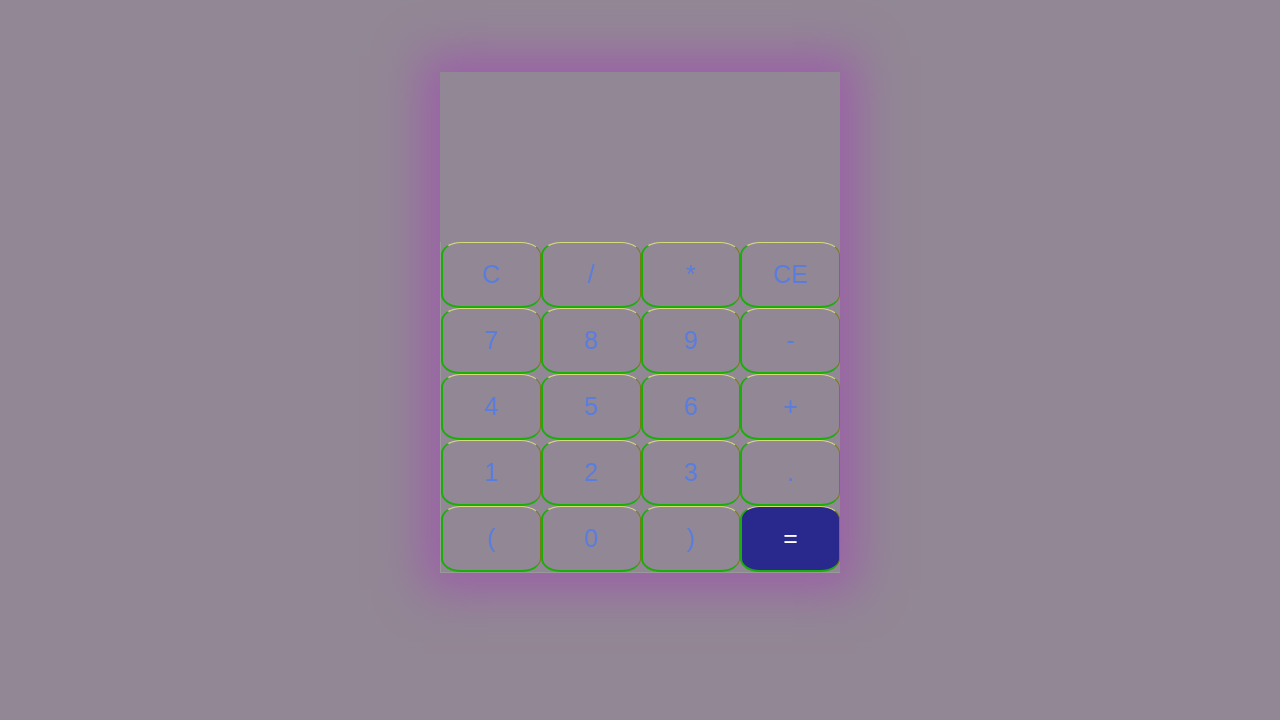
Repository: LuisMiLR/Calculatrice-with-JS---HTML---CSS-
Page: index.html
An editor plug-in stored every save of this project. The page is shown before and after the next save, followed by the edit.
The browser window is 1280 px wide. The pictures show the whole page.

Above is the page before, as saved 2023-03-20 21:35:03.

### index.html
<!DOCTYPE html>
<html lang="fr">
<head>
    <meta charset="UTF-8">
    <meta http-equiv="X-UA-Compatible" content="IE=edge">
    <meta name="viewport" content="width=device-width, initial-scale=1.0">
    <title>Calculator with javascript</title>
    <link rel="stylesheet" href="./style.css">

</head>
<body>
    <div class="container"></div>
    <script src="app.js" type="module"></script>
</body>
</html>

### style.css
*{
    padding: 0;
    margin: 0;
    font-family: sans-serif;
    box-sizing: border-box;
    background-color: rgb(146, 135, 149);
}
.container {
    max-width: 400px;
    margin: 10vh auto 0 auto;
    box-shadow: 0px 0px 43px 17px rgb(155, 96, 167);
}

#display {
    text-align: right;
    height: 170px;
    border: #999;
    border-radius: 20%;
    line-height: 70px;
    padding: 16px 8px;
    font-size: 25px;
}

.buttons {
    display: grid;
    border-bottom: 1px solid #999;
    border-left: 1px solid#999;
    color: rgb(89, 125, 222);
    grid-template-columns: 1fr 1fr 1fr 1fr;
}

.buttons > div {
    border-top: 1px solid #d4db7b;
    border-right: 1px solid#767c18;
}

.bouton,
.bouton1,
.bouton2,
.bouton3,
.bouton4,
.bouton5,
.bouton6,
.bouton7,
.bouton8,
.bouton9,
.bouton10,
.bouton11,
.bouton12,
.bouton13,
.bouton14,
.bouton15,
.bouton16,
.bouton17,
.bouton18,
.bouton19
{
    border: 2.5px solid #19ae08;
    line-height: 63px;
    border-radius: 20%;
    text-align: center;
    font-size: 25px;
    cursor: pointer;
}

#egal {
    background-color: rgb(40, 40, 141);
    color: white;
}

.bouton:hover,
.bouton1:hover,
.bouton2:hover,
.bouton3:hover,
.bouton4:hover,
.bouton5:hover,
.bouton6:hover,
.bouton7:hover,
.bouton8:hover,
.bouton9:hover,
.bouton10:hover,
.bouton11:hover,
.bouton12:hover,
.bouton13:hover,
.bouton14:hover,
.bouton15:hover,
.bouton16:hover,
.bouton17:hover,
.bouton18:hover,
.bouton19:hover {
    background-color: rgb(105, 42, 126);
    transition: 0.5s ease-in-out;
}

### app.js
//document.addEventListener('DOMContentLoaded', () => {
const container = document.querySelector('.container');

const divId = document.createElement("div");
container.appendChild(divId);
divId.id = 'display';

let buttons = document.createElement("div");
buttons.classList.add("buttons");
container.appendChild(buttons);

const button = document.createElement('div');
divId.id = 'display';
button.className = "bouton";
button.textContent = "C";
buttons.appendChild(button);

const button1 = document.createElement('div');
button1.className = "bouton1";
button1.textContent = "/";
buttons.appendChild(button1);

const button2 = document.createElement('div');
button2.className = "bouton2";
button2.textContent = "*";
buttons.appendChild(button2);

const button3 = document.createElement('div');
button3.className = "bouton3";
button3.textContent = "CE";
buttons.appendChild(button3);

const button4 = document.createElement('div');
button4.className = "bouton4";
button4.textContent = "7";
buttons.appendChild(button4);

const button5 = document.createElement('div');
button5.className = "bouton5";
button5.textContent = "8";
buttons.appendChild(button5);

const button6 = document.createElement('div');
button6.className = "bouton6";
button6.textContent = "9";
buttons.appendChild(button6);

const button7 = document.createElement('div');
button7.className = "bouton7";
button7.textContent = "-";
buttons.appendChild(button7);

const button8 = document.createElement('div');
button8.className = "bouton8";
button8.textContent = "4";
buttons.appendChild(button8);

const button9 = document.createElement('div');
button9.className = "bouton9";
button9.textContent = "5";
buttons.appendChild(button9);

const button10 = document.createElement('div');
button10.className = "bouton10";
button10.textContent = "6";
buttons.appendChild(button10);

const button11 = document.createElement('div');
button11.className = "bouton11";
button11.textContent = "+";
buttons.appendChild(button11);

const button12 = document.createElement('div');
button12.className = "bouton12";
button12.textContent = "1";
buttons.appendChild(button12);

const button13 = document.createElement('div');
button13.className = "bouton13";
button13.textContent = "2";
buttons.appendChild(button13);

const button14 = document.createElement('div');
button14.className = "bouton14";
button14.textContent = "3";
buttons.appendChild(button14);

const button15 = document.createElement('div');
button15.className = "bouton15";
button15.textContent = ".";
buttons.appendChild(button15);

const button16 = document.createElement('div');
button16.className = "bouton16";
button16.textContent = "(";

buttons.appendChild(button16);

const button17 = document.createElement('div');
button17.className = "bouton17";
button17.textContent = "0";
buttons.appendChild(button17);

const button18 = document.createElement('div');
button18.className = "bouton18";
button18.textContent = ")";
buttons.appendChild(button18);

const button19 = document.createElement("div");
button19.className = "bouton19";
button19.id = "egal";
button19.textContent = "=";
buttons.appendChild(button19);

let display = document.getElementById('display');
buttons = document.getElementsByClassName('bouton');
console.log(buttons);

/*buttons = Array.from(document.getElementsByClassName('bouton, bouton1, bouton2, bouton3, bouton4, bouton5, bouton6, bouton7, bouton8; bouton9, bouton10,bouton11, bouton12, bouton13, bouton14, bouton15, bouton16, bouton17, bouton18, bouton19'));

buttons.map( button => {
    button.addEventListener('click', (e) => {
        switch(e.target.innerText){
            case 'C':
                display.innerText = '';
                break;
            case 'CE':
                if(display.innerText){
                    display.innerText = display.innerText.slice(0,-1);
                }
                break;
            case '=':
                try{
                    display;innerText = eval(display.innerText);
                } catch {
                    display;innerText = 'Error';
                }
                break;
            default:
                display.innerText += e.target.innerText;
        }
    });
});*/

After the next save:
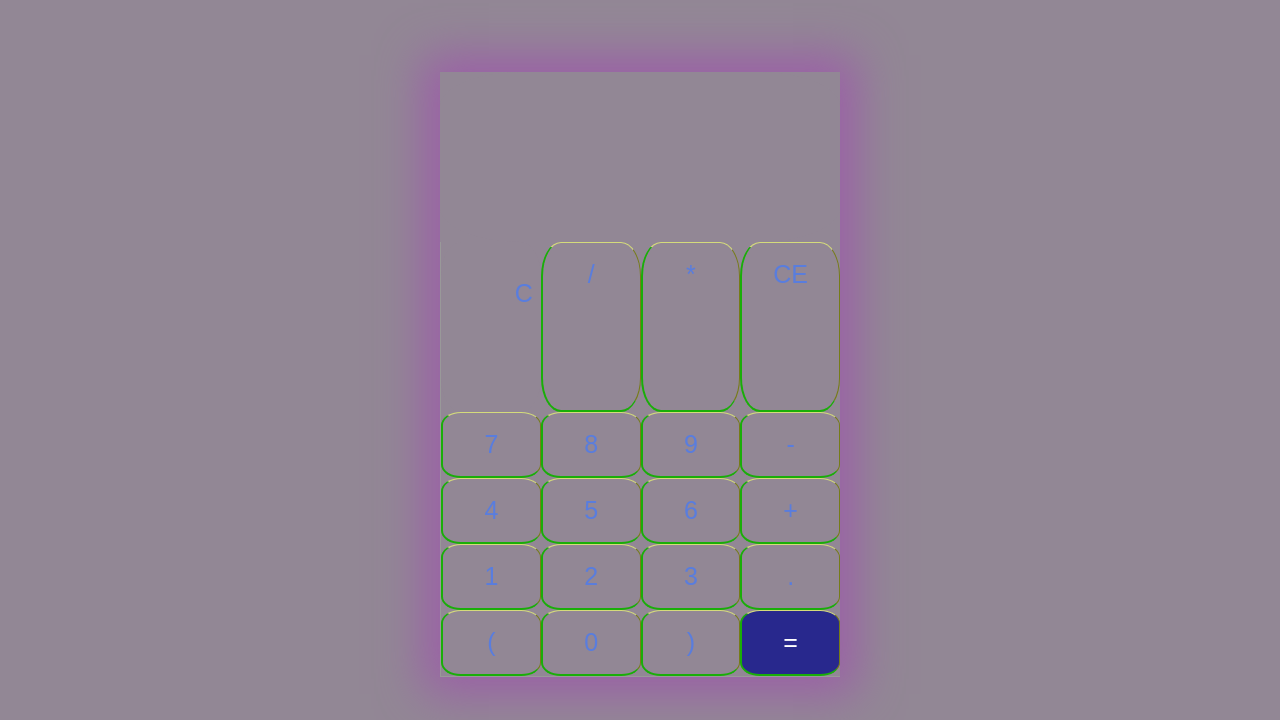
Saved 33 s later.
--- a/app.js
+++ b/app.js
@@ -10,7 +10,7 @@
 container.appendChild(buttons);
 
 const button = document.createElement('div');
-divId.id = 'display';
+button.id = 'display';
 button.className = "bouton";
 button.textContent = "C";
 buttons.appendChild(button);

After the save that followed:
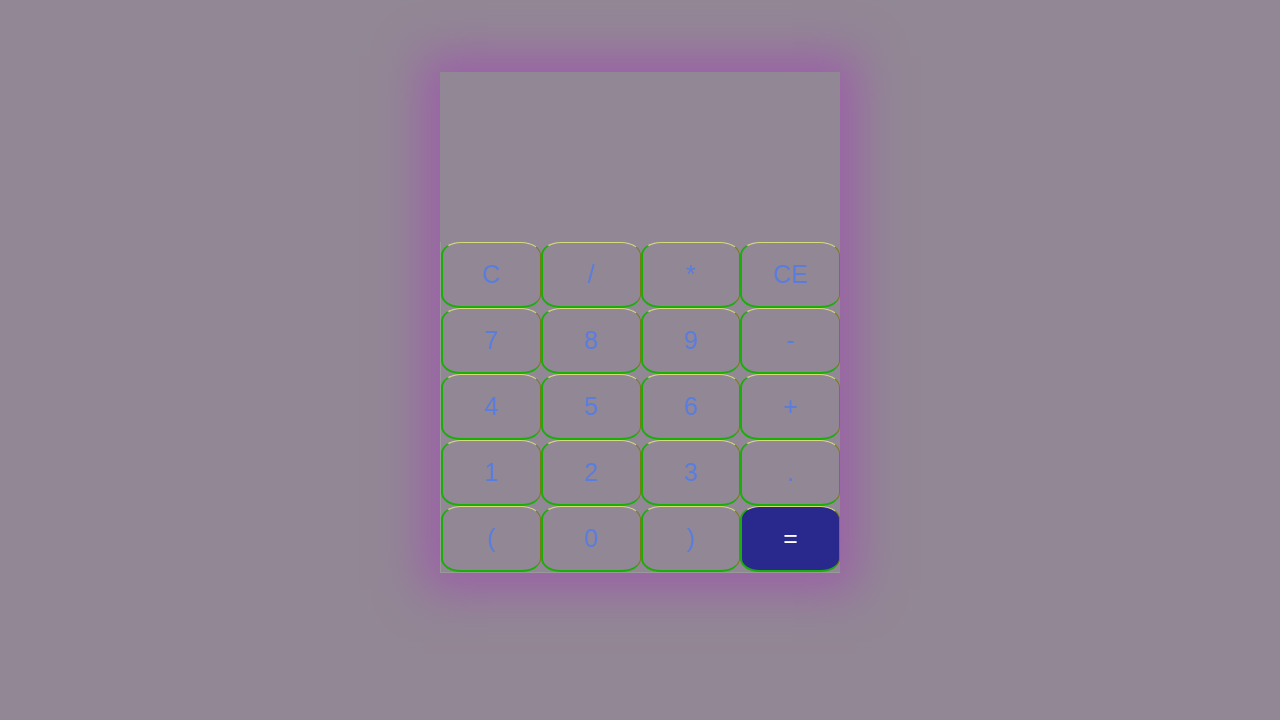
Saved 6 s later.
--- a/app.js
+++ b/app.js
@@ -10,7 +10,7 @@
 container.appendChild(buttons);
 
 const button = document.createElement('div');
-button.id = 'display';
+button.id = 'bouton';
 button.className = "bouton";
 button.textContent = "C";
 buttons.appendChild(button);
